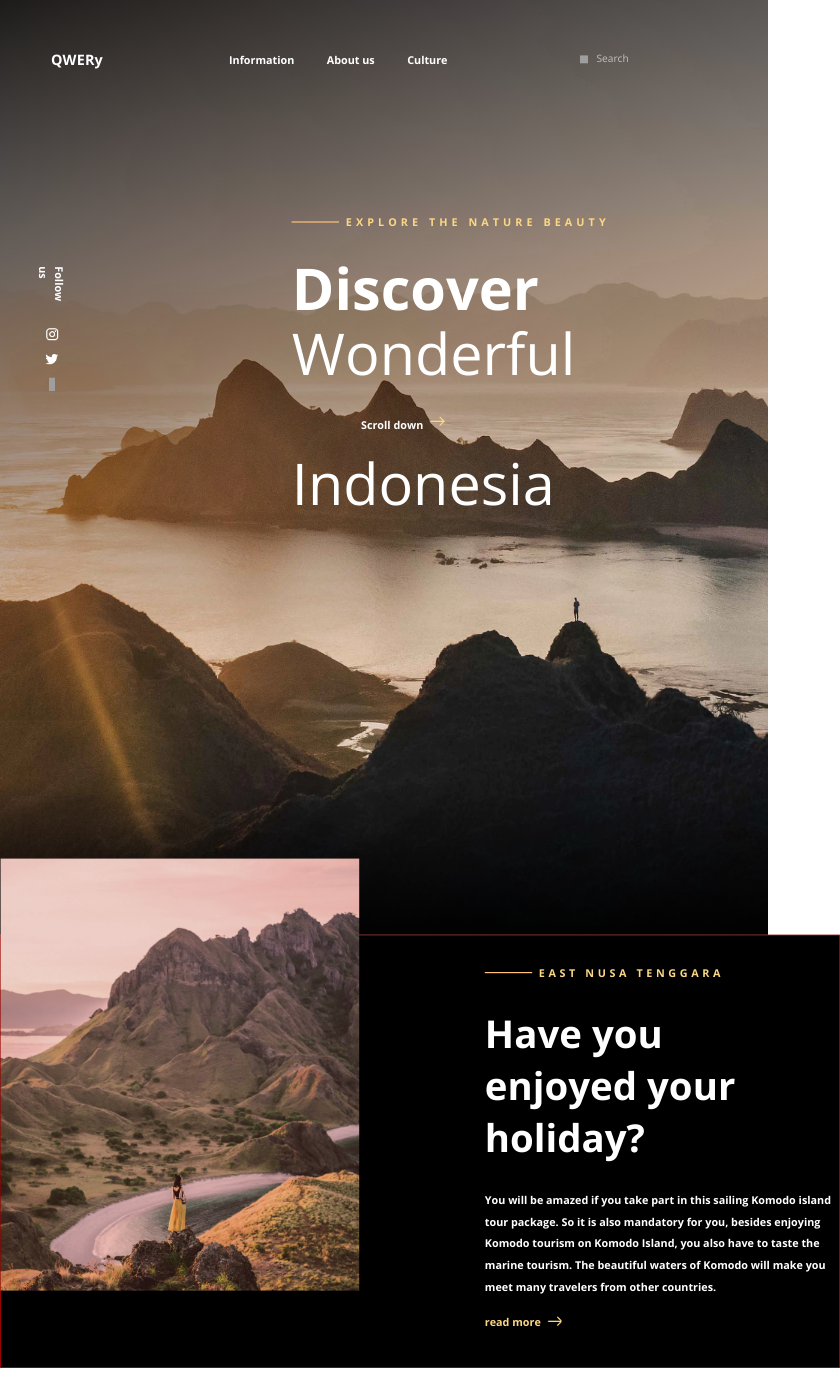
Repository: AndreyMykulych/user_home_work_Mykulych
Page: 6/index.html
The author's editor kept a copy of each file at every save. The page is drawn from the files as they stood at one save, then again after the next save.
The browser window is 1280 px wide. The page is 1400 px wide, so the pictures cover 1400 px, including what lies to the right of the window. The pictures show the whole page, at 60% of full size.
Pictures or frames that could not be fetched are drawn as grey boxes.

Above is the page before, as saved 2023-03-11 13:53:59.

After the next save:
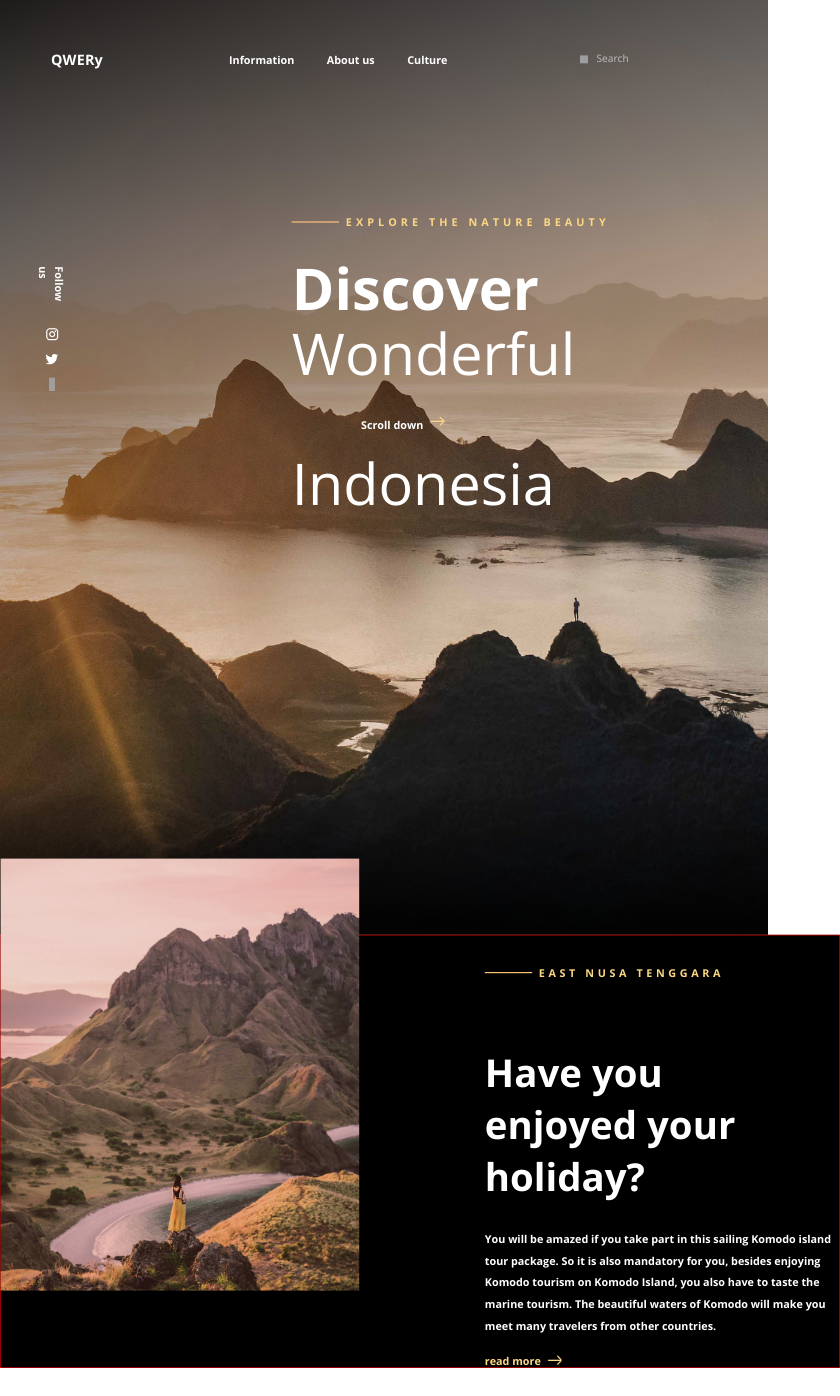
Saved 98 s later.
--- a/6/style/style.css
+++ b/6/style/style.css
@@ -256,6 +256,7 @@ font-weight: 700;
 font-size:4em;
 line-height: 87px;
 color: var(--white-color);
+margin-top: 1.6875em;
 }
 .information .text{
     text-align: left;
